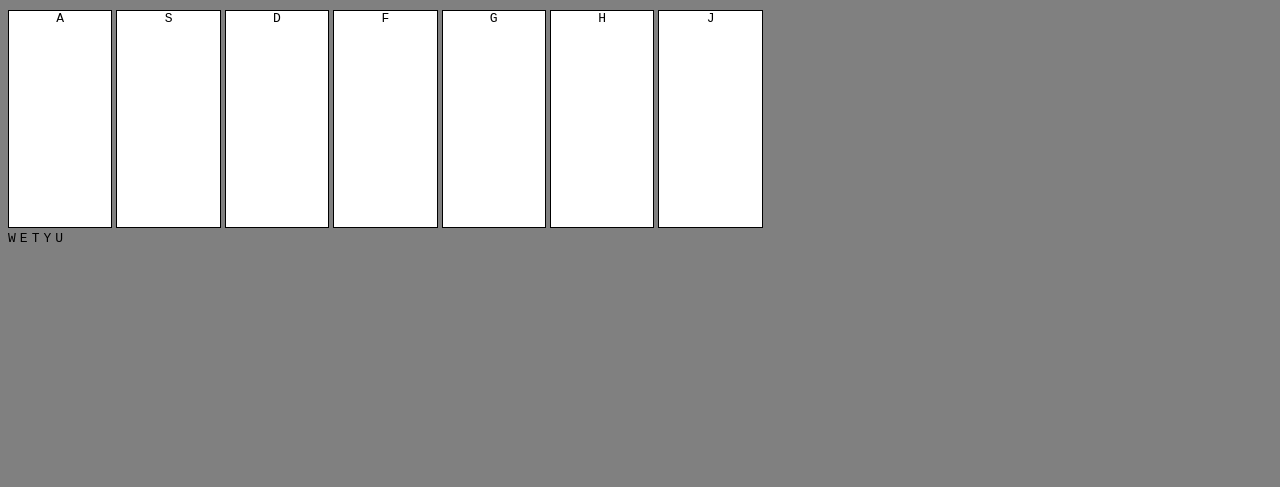
Repository: ctcoleman/Virtual-Piano
Page: index.html
The author's editor kept a copy of each file at every save. The page is drawn from the files as they stood at one save, then again after a run of saves.
The browser window is 1280 px wide. The pictures show the whole page.

Above is the page before, as saved 2020-07-20 08:44:07.

### index.html
<!DOCTYPE html>
<html>

<head>
    <meta charset="utf-8">
    <link type="text/css" rel="stylesheet" href="./index.css">
    <title>Chris's Keyboard Piano</title>
</head>

<body>
    <div class="white-keys-container">
        <kbd class="white-key" id="KeyA">A</kbd>
        <kbd class="white-key" id="KeyS">S</kbd>
        <kbd class="white-key" id="KeyD">D</kbd>
        <kbd class="white-key" id="KeyF">F</kbd>
        <kbd class="white-key" id="KeyG">G</kbd>
        <kbd class="white-key" id="KeyH">H</kbd>
        <kbd class="white-key" id="KeyJ">J</kbd>
    </div>
    <div class="black-keys-container">
        <kbd class="black-key" id="KeyW">W</kbd>
        <kbd class="black-key" id="KeyE">E</kbd>
        <kbd class="black-key" id="KeyT">T</kbd>
        <kbd class="black-key" id="KeyY">Y</kbd>
        <kbd class="black-key" id="KeyU">U</kbd>
    </div>
    <script src="./index.js"></script>
</body>

</html>

### index.css
html {
    background: grey;
    color: black;
    box-sizing: border-box;
}

.white-key-container {
    margin: 15vh 15vw;
    width: 70vw;
    display: block;
}
.white-key {
    text-align: center;
    display: inline-block;
    min-width: 8vw;
    height: 30vh;
    background: white;
    border: 1px solid black;
}

.black-key-container {
    margin: 10vh 5vw;
    width: 40vw;
    display: block;
}
.black-key {

}text-align: center;
    display: inline-block;
    min-width: 8vw;
    height: 30vh;
    background: white;
    border: 1px solid black;

Loaded but not shown: index.js (no copy from this time; the picture is the same without it)

After the next 4 saves:
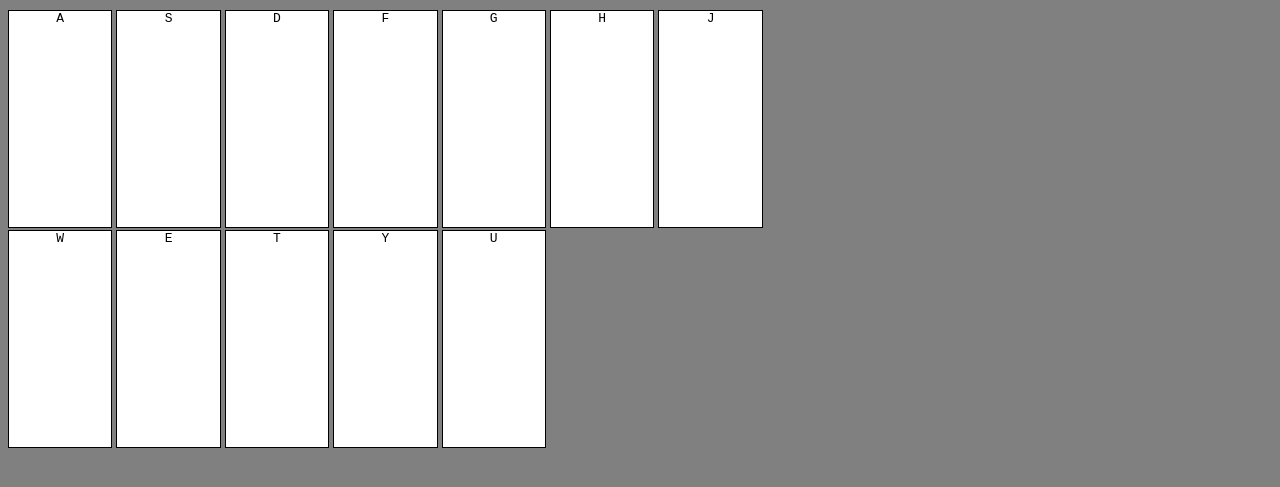
The 4 saves are shown as one change because they came seconds apart.
The last was saved 9 s later.
--- a/index.css
+++ b/index.css
@@ -24,10 +24,10 @@ html {
     display: block;
 }
 .black-key {
-
-}text-align: center;
-    display: inline-block;
-    min-width: 8vw;
-    height: 30vh;
-    background: white;
-    border: 1px solid black;
+text-align: center;
+display: inline-block;
+min-width: 8vw;
+height: 30vh;
+background: white;
+border: 1px solid black;
+}
